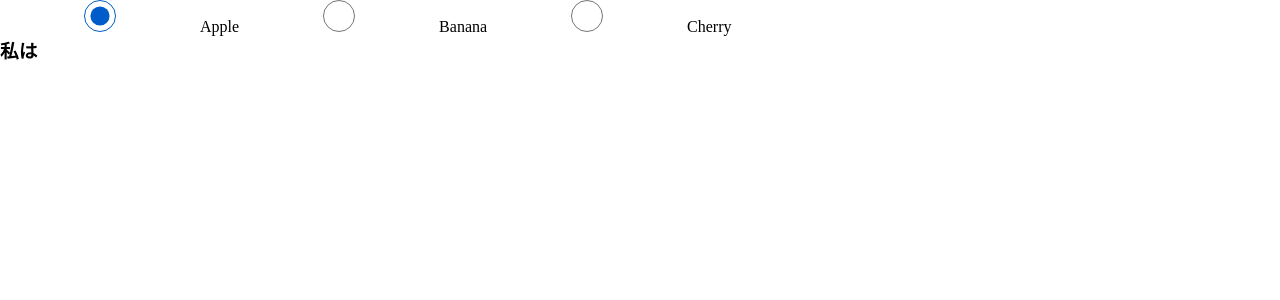
Repository: FujieRyou/react_practice
Page: /
The author's editor kept a copy of each file at every save. The page is drawn from the files as they stood at one save, then again after the next save.
The browser window is 1280 px wide. The pictures show the whole page.
The project was rebuilt for these pictures with package versions that can differ from the ones it lists, and the page was loaded fresh each time. Also part of the build but not shown: vite.config.js, src/components/testComponent.jsx, src/components/todoComponent.jsx, src/components/countUp.jsx, src/components/switchFlag.jsx, src/components/props1.jsx, src/components/profile.jsx, src/components/ivent.jsx and 5 more.

Above is the page before, as saved 2023-01-25 02:16:51.

### src/App.jsx
import { useEffect } from "react"
import { useRef } from "react"
import { useState } from "react"
import TestComponent from "./components/testComponent"
import styles from "./scss/style.scss"
import Todolist from "./components/todoComponent"
import CountUp from "./components/countUp"
import SwitchFlag from "./components/switchFlag"
import PropsPractice from "./components/props1"
import Profile from "./components/profile"
import ChangeIvent from "./components/ivent"
import InputInterlocking from "./components/inputInterlocking"
import ShuffleNumArray from "./components/ShuffleNumArray"
import ArrayDisplay from "./components/arrayListDisplay"
import ArrayFilter from "./components/arrayFilter"
import ConditionalBranch from "./components/ConditionalBranch"
import Radio from "./components/radio"


const App = () =>{
  const profileInfo = [
    {name:"Takasi",age:20,from:"大阪"},
    {name:"Hirosi",age:19,from:"東京"},
    {name:"Musasi",age:21,from:"名古屋"},
]
const animals = ["Dog","Cat","Rat"];


  return(
    <div>
      {/* todolist作成中 */}
      {/* <Todolist /> */}

      {/* 押すたびにcountがupする(useState練習) */}
      {/* < CountUp /> */}

      {/* 押すたびにON,OFFがきりかわる(useState練習) */}
      {/* <SwitchFlag /> */}

    {/* props練習 */}
    {/* <PropsPractice color="red"/>
    <PropsPractice num={123}/>

    <Profile
      name={profileInfo[0].name}
      age={profileInfo[0].age}
      from={profileInfo[0].from}
    />

    <Profile
      {...profileInfo[1]}
    />

    <Profile/>

    <ChangeIvent />

    <InputInterlocking />

    <ShuffleNumArray /> */}

    {/* <ArrayDisplay /> */}

    {/* <ArrayFilter /> */}

    {/* <ConditionalBranch animals={animals} /> */}

    <Radio />


    </div>






  )
}


export default App

### src/scss/style.scss
@forward "_ress";

input{
    border: solid 1px black;
    width: 200px;
    height: 32px;
}

.btn{
    width: 56px;
    height: 32px;
    background-color: aquamarine;
}

.list{
    width: 200px;
    height: 100px;
    background-color: tomato;
    border: solid 1px skyblue;
    padding: 10px 12px;
    list-style-type: none;
}

.component{
    width: 200px;
    height: 150px;
    border: solid 5px green;
    color: green;
}
.component.red{
    width: 200px;
    height: 150px;
    border: solid 5px red;
    color: red;
}

.mouseInOut{
    width: 200px;
    height: 200px;
    background-color: aquamarine;
    margin-top: 20px;
}

.todoWrap{
    width: 400px;
    height: auto;
    margin: 0 auto;
    padding-top: 40px;
    h2{
        font-size: 26px;
    }
}

.addBtn{
    width: 80px;
    height: 54px;
    background-color: skyblue;
    margin-left: 8px;
}

.txtArea{
    width: 300px;
    height: 54px;
    margin-top: 24px;
    font-size: 24px;
}

.additionBtn{
    width: 40px;
    height: 40px;
    background-color: skyblue;
    margin-left: 4px;
}

.inputValueFilter{
    width: 200px;
    height: 24px;
    border: solid 1px black;
}

### src/components/radio.jsx
import { useState } from "react"

const Radio = () =>{
    const [fruit, setfruit] = useState("Apple")
    const onChange = (e) => setfruit(e.taget.value)

    return(
        <div>
            <label>
                <input type="radio"
                value="Apple"
                checked = {fruit === "Apple"}
                onChange = {onChange}
                />
                Apple
            </label>
            <label>
                <input type="radio"
                value="Banana"
                checked = {fruit === "Banana"}
                onChange = {onChange}
                />
                Banana
            </label>
            <label>
                <input type="radio"
                value="Cherry"
                checked = {fruit === "Cherry"}
                onChange = {onChange}
                />
                Cherry
            </label>

            <h3>私は{}</h3>
        </div>
    )
}

export default Radio

### src/scss/_ress.scss
/*!
 * ress.css • v4.0.0
 * MIT License
 * github.com/filipelinhares/ress
 */

/* # =================================================================
   # Global selectors
   # ================================================================= */

   html {
    box-sizing: border-box;
    -webkit-text-size-adjust: 100%; /* Prevent adjustments of font size after orientation changes in iOS */
    word-break: normal;
    -moz-tab-size: 4;
    tab-size: 4;
  }

  *,
  ::before,
  ::after {
    background-repeat: no-repeat; /* Set `background-repeat: no-repeat` to all elements and pseudo elements */
    box-sizing: inherit;
  }

  ::before,
  ::after {
    text-decoration: inherit; /* Inherit text-decoration and vertical align to ::before and ::after pseudo elements */
    vertical-align: inherit;
  }

  * {
    padding: 0; /* Reset `padding` and `margin` of all elements */
    margin: 0;
  }

  /* # =================================================================
     # General elements
     # ================================================================= */

  hr {
    overflow: visible; /* Show the overflow in Edge and IE */
    height: 0; /* Add the correct box sizing in Firefox */
    color: inherit; /* Correct border color in Firefox. */
  }

  details,
  main {
    display: block; /* Render the `main` element consistently in IE. */
  }

  summary {
    display: list-item; /* Add the correct display in all browsers */
  }

  small {
    font-size: 80%; /* Set font-size to 80% in `small` elements */
  }

  [hidden] {
    display: none; /* Add the correct display in IE */
  }

  abbr[title] {
    border-bottom: none; /* Remove the bottom border in Chrome 57 */
    /* Add the correct text decoration in Chrome, Edge, IE, Opera, and Safari */
    text-decoration: underline;
    text-decoration: underline dotted;
  }

  a {
    background-color: transparent; /* Remove the gray background on active links in IE 10 */
  }

  a:active,
  a:hover {
    outline-width: 0; /* Remove the outline when hovering in all browsers */
  }

  code,
  kbd,
  pre,
  samp {
    font-family: monospace, monospace; /* Specify the font family of code elements */
  }

  pre {
    font-size: 1em; /* Correct the odd `em` font sizing in all browsers */
  }

  b,
  strong {
    font-weight: bolder; /* Add the correct font weight in Chrome, Edge, and Safari */
  }

  /* https://gist.github.com/unruthless/413930 */
  sub,
  sup {
    font-size: 75%;
    line-height: 0;
    position: relative;
    vertical-align: baseline;
  }

  sub {
    bottom: -0.25em;
  }

  sup {
    top: -0.5em;
  }

  table {
    border-color: inherit; /* Correct border color in all Chrome, Edge, and Safari. */
    text-indent: 0; /* Remove text indentation in Chrome, Edge, and Safari */
  }

  /* # =================================================================
     # Forms
     # ================================================================= */

  input {
    border-radius: 0;
  }

  /* Replace pointer cursor in disabled elements */
  [disabled] {
    cursor: default;
  }

  [type='number']::-webkit-inner-spin-button,
  [type='number']::-webkit-outer-spin-button {
    height: auto; /* Correct the cursor style of increment and decrement buttons in Chrome */
  }

  [type='search'] {
    -webkit-appearance: textfield; /* Correct the odd appearance in Chrome and Safari */
    outline-offset: -2px; /* Correct the outline style in Safari */
  }

  [type='search']::-webkit-search-decoration {
    -webkit-appearance: none; /* Remove the inner padding in Chrome and Safari on macOS */
  }

  textarea {
    overflow: auto; /* Internet Explorer 11+ */
    resize: vertical; /* Specify textarea resizability */
  }

  button,
  input,
  optgroup,
  select,
  textarea {
    font: inherit; /* Specify font inheritance of form elements */
  }

  optgroup {
    font-weight: bold; /* Restore the font weight unset by the previous rule */
  }

  button {
    overflow: visible; /* Address `overflow` set to `hidden` in IE 8/9/10/11 */
  }

  button,
  select {
    text-transform: none; /* Firefox 40+, Internet Explorer 11- */
  }

  /* Apply cursor pointer to button elements */
  button,
  [type='button'],
  [type='reset'],
  [type='submit'],
  [role='button'] {
    cursor: pointer;
    color: inherit;
  }

  /* Remove inner padding and border in Firefox 4+ */
  button::-moz-focus-inner,
  [type='button']::-moz-focus-inner,
  [type='reset']::-moz-focus-inner,
  [type='submit']::-moz-focus-inner {
    border-style: none;
    padding: 0;
  }

  /* Replace focus style removed in the border reset above */
  button:-moz-focusring,
  [type='button']::-moz-focus-inner,
  [type='reset']::-moz-focus-inner,
  [type='submit']::-moz-focus-inner {
    outline: 1px dotted ButtonText;
  }

  button,
  html [type='button'], /* Prevent a WebKit bug where (2) destroys native `audio` and `video`controls in Android 4 */
  [type='reset'],
  [type='submit'] {
    -webkit-appearance: button; /* Correct the inability to style clickable types in iOS */
  }

  /* Remove the default button styling in all browsers */
  button,
  input,
  select,
  textarea {
    background-color: transparent;
    border-style: none;
  }

  a:focus,
  button:focus,
  input:focus,
  select:focus,
  textarea:focus {
    outline-width: 0;
  }

  /* Style select like a standard input */
  select {
    -moz-appearance: none; /* Firefox 36+ */
    -webkit-appearance: none; /* Chrome 41+ */
  }

  select::-ms-expand {
    display: none; /* Internet Explorer 11+ */
  }

  select::-ms-value {
    color: currentColor; /* Internet Explorer 11+ */
  }

  legend {
    border: 0; /* Correct `color` not being inherited in IE 8/9/10/11 */
    color: inherit; /* Correct the color inheritance from `fieldset` elements in IE */
    display: table; /* Correct the text wrapping in Edge and IE */
    max-width: 100%; /* Correct the text wrapping in Edge and IE */
    white-space: normal; /* Correct the text wrapping in Edge and IE */
    max-width: 100%; /* Correct the text wrapping in Edge 18- and IE */
  }

  ::-webkit-file-upload-button {
    /* Correct the inability to style clickable types in iOS and Safari */
    -webkit-appearance: button;
    color: inherit;
    font: inherit; /* Change font properties to `inherit` in Chrome and Safari */
  }

  /* # =================================================================
     # Specify media element style
     # ================================================================= */

  img {
    border-style: none; /* Remove border when inside `a` element in IE 8/9/10 */
  }

  /* Add the correct vertical alignment in Chrome, Firefox, and Opera */
  progress {
    vertical-align: baseline;
  }

  /* # =================================================================
     # Accessibility
     # ================================================================= */

  /* Specify the progress cursor of updating elements */
  [aria-busy='true'] {
    cursor: progress;
  }

  /* Specify the pointer cursor of trigger elements */
  [aria-controls] {
    cursor: pointer;
  }

  /* Specify the unstyled cursor of disabled, not-editable, or otherwise inoperable elements */
  [aria-disabled='true'] {
    cursor: default;
  }

Loaded but not shown: index.html (common file); src/main.jsx (common file)

After the next save:
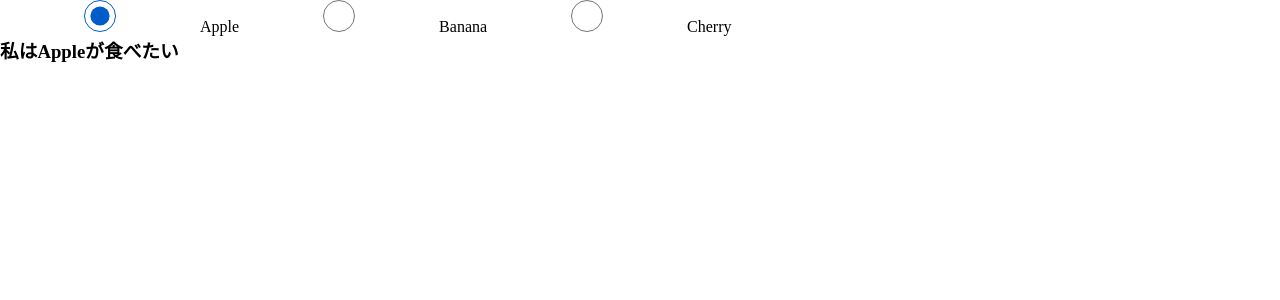
Saved 16 s later.
--- a/src/components/radio.jsx
+++ b/src/components/radio.jsx
@@ -31,7 +31,7 @@ const Radio = () =>{
                 Cherry
             </label>
 
-            <h3>私は{}</h3>
+            <h3>私は{fruit}が食べたい</h3>
         </div>
     )
 }
